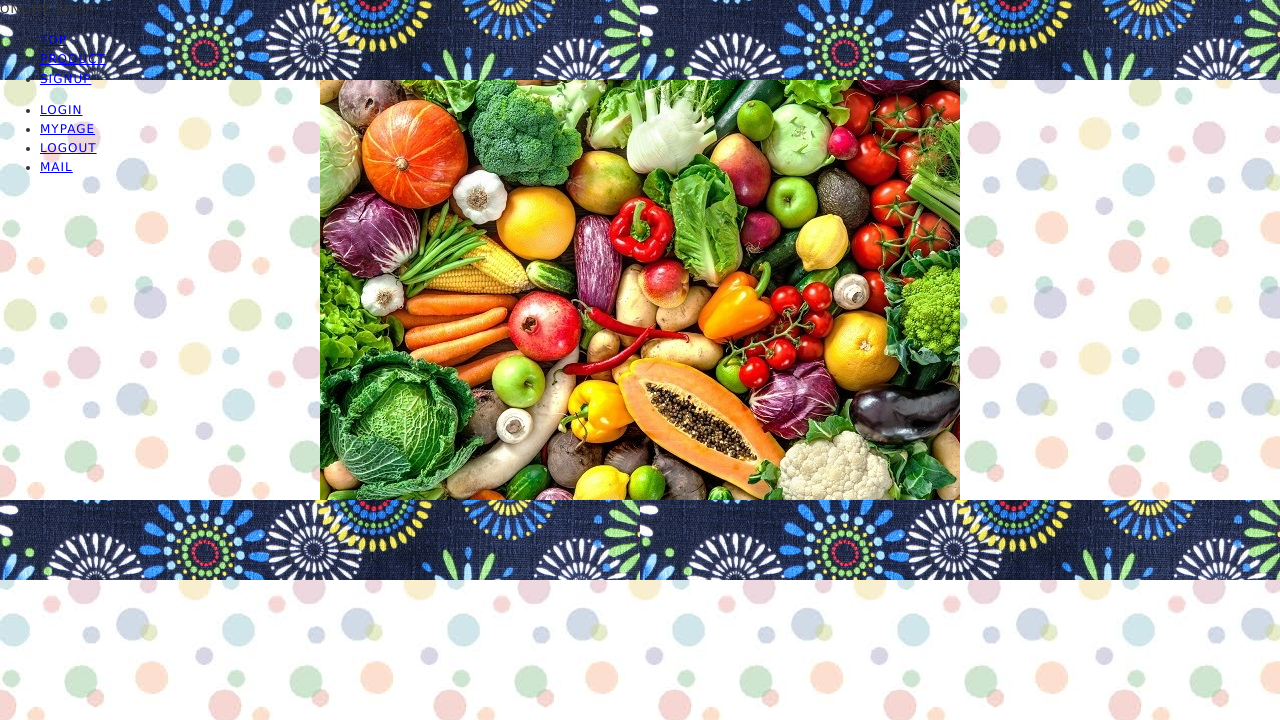
Repository: rt-1217/j2
Page: http://localhost/ecsite01/
An editor plug-in stored every save of this project. The page is shown before and after the next save, followed by the edit.
The browser window is 1280 px wide. The pictures show the whole page.
Backgrounds fixed to the window are drawn as part of the page. The page is served by Tomcat 9.

Above is the page before, as saved 2018-05-29 07:33:28.

After the next save:
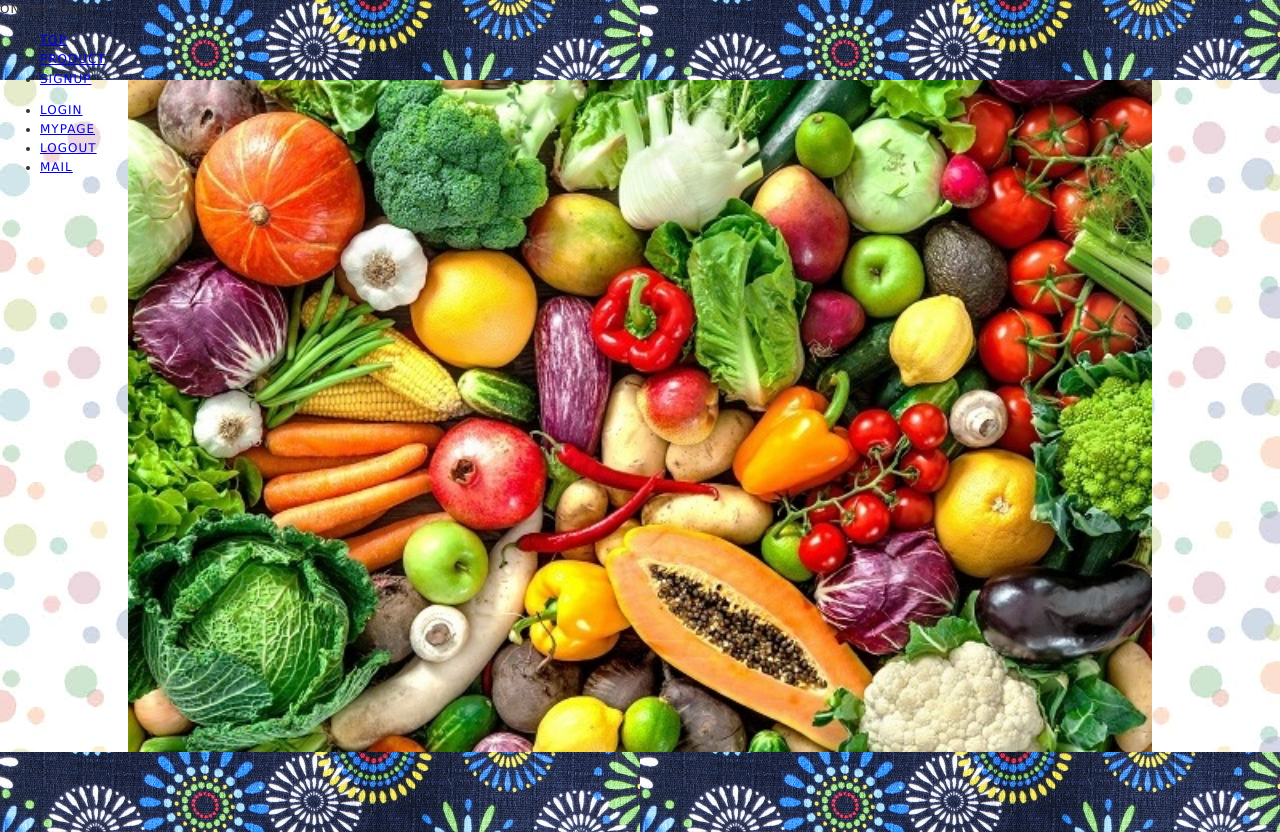
Saved 2 min 40 s later.
--- a/ecsite01/WebContent/home.jsp
+++ b/ecsite01/WebContent/home.jsp
@@ -62,7 +62,7 @@
 <!-- <input id="submit_button" type="submit" value ="商品購入"> -->
 <%-- </s:form> --%>
 
-<img src="./image/homeyasai.jpg">
+<img src="./image/homeyasai.jpg" width="80%" height="auto">
 
 <s:if test="#session.id !=null">
 <p>ログアウトする場合は
